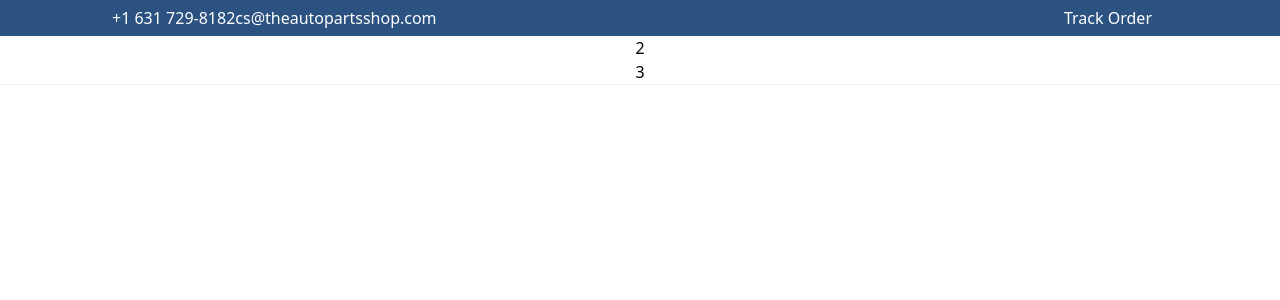
Repository: robindhimanspineor/TAPS-Next
Page: /
The author's editor kept a copy of each file at every save. The page is drawn from the files as they stood at one save, then again after the next save.
The browser window is 1280 px wide. The pictures show the whole page.
The project was rebuilt for these pictures with package versions that can differ from the ones it lists, and the page was loaded fresh each time. The framework's server and built-in components were replaced by stand-ins that run in the browser. Also part of the build but not shown: next.config.js.

Above is the page before, as saved 2021-09-16 15:03:41.

After the next save:
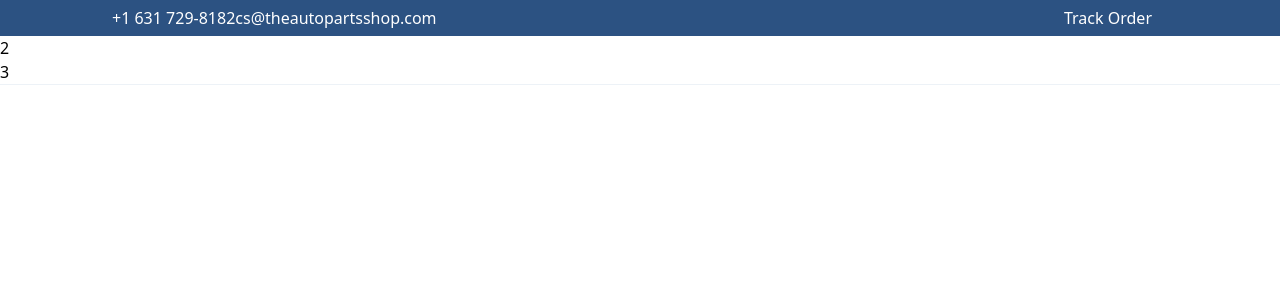
Saved 2 min 19 s later.
--- a/src/components/common/header/index.js
+++ b/src/components/common/header/index.js
@@ -1,21 +1,25 @@
 const Header = () => {
   return (
     <header className="flex flex-col items-center justify-center w-full static border-b z-50">
-      <div className="head-top flex justify-between py-1.5 pr-32 pl-28 bg-blue-800 w-full">
-        <div className="head-top-left flex text-white font-medium w-9/12">
-          <div className="head-top phone">
-            <span></span>
-            +1 631 729-8182
+      <div className="w-screen max-w-screen-xl flex flex-col">
+        <div className="head-top flex justify-between py-1.5 pr-32 pl-28 bg-blue-800 w-full">
+          <div className="head-top-left flex text-white font-medium w-9/12">
+            <div className="head-top phone">
+              <span></span>
+              +1 631 729-8182
+            </div>
+            <div className="heap-top email">
+              <span></span>
+              cs@theautopartsshop.com
+            </div>
           </div>
-          <div className="heap-top email">
-            <span></span>
-            cs@theautopartsshop.com
+          <div className="head-top-right text-white font-medium">
+            Track Order
           </div>
         </div>
-        <div className="head-top-right text-white font-medium">Track Order</div>
+        <div>2</div>
+        <div>3</div>
       </div>
-      <div>2</div>
-      <div>3</div>
     </header>
   );
 };
